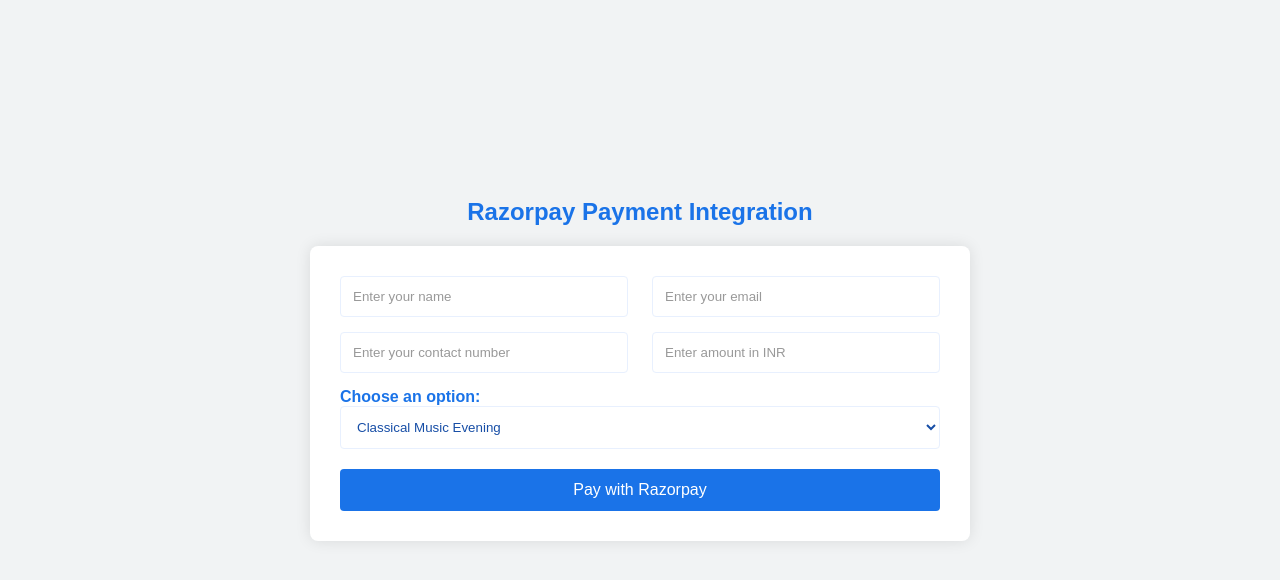
Repository: SharonSebastian32/razorpaypaymentgateway_implementation
Page: bookEventpage.html
An editor plug-in stored every save of this project. The page is shown before and after the next save, followed by the edit.
The browser window is 1280 px wide. The pictures show the whole page.

Above is the page before, as saved 2024-08-09 07:27:46.

After the next save:
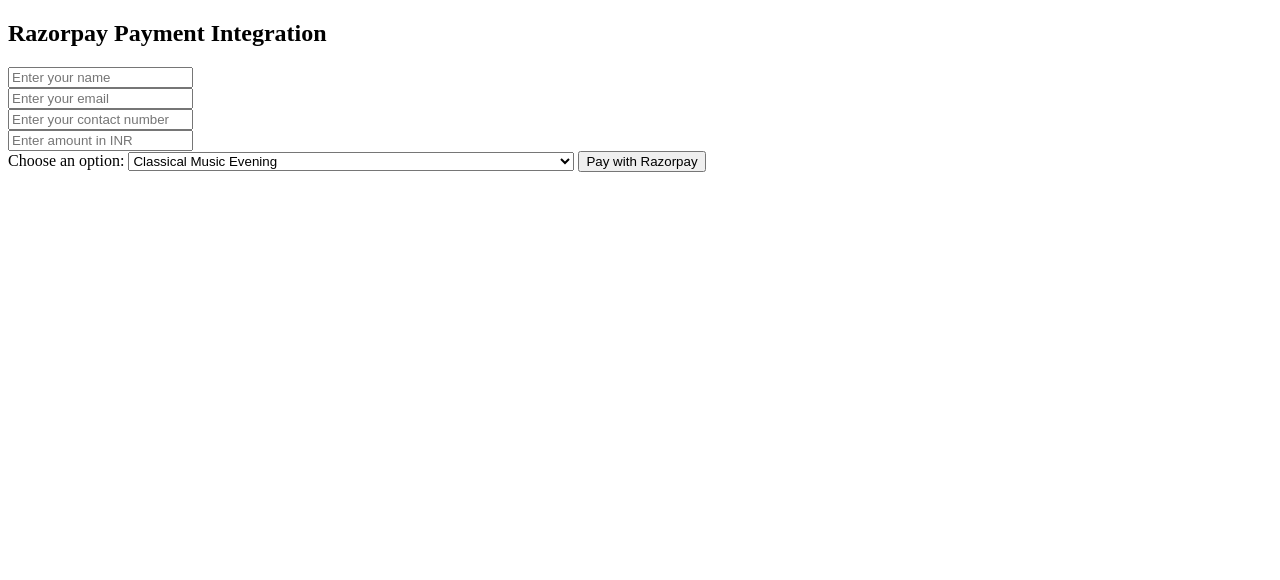
Saved 20 s later.
--- a/bookEventpage.html
+++ b/bookEventpage.html
@@ -4,95 +4,7 @@
     <meta charset="UTF-8" />
     <meta name="viewport" content="width=device-width, initial-scale=1.0" />
     <title>Razorpay Payment Integration</title>
-    <style>
-      :root {
-        --primary-blue: #1a73e8;
-        --light-blue: #e8f0fe;
-        --dark-blue: #174ea6;
-        --white: #ffffff;
-        --light-gray: #f1f3f4;
-      }
 
-      body {
-        font-family: Arial, sans-serif;
-        background-color: var(--light-gray);
-        display: flex;
-        justify-content: center;
-        align-items: center;
-        height: 100vh;
-        margin: 0;
-      }
-
-      h2 {
-        text-align: center;
-        color: var(--primary-blue);
-        margin-bottom: 20px;
-      }
-
-      #paymentForm {
-        background-color: var(--white);
-        padding: 30px;
-        border-radius: 8px;
-        box-shadow: 0 0 15px rgba(0, 0, 0, 0.1);
-        width: 600px;
-      }
-
-      .form-row {
-        display: flex;
-        justify-content: space-between;
-        margin-bottom: 15px;
-      }
-
-      .form-group {
-        flex: 0 0 48%;
-      }
-
-      input,
-      select {
-        width: 100%;
-        padding: 12px;
-        border: 1px solid var(--light-blue);
-        border-radius: 4px;
-        box-sizing: border-box;
-        background-color: var(--white);
-        color: var(--dark-blue);
-        transition: border-color 0.3s ease;
-      }
-
-      input:focus,
-      select:focus {
-        outline: none;
-        border-color: var(--primary-blue);
-      }
-
-      input::placeholder {
-        color: #999;
-      }
-
-      label {
-        display: block;
-        margin-top: 15px;
-        color: var(--primary-blue);
-        font-weight: bold;
-      }
-
-      #rzp-button1 {
-        width: 100%;
-        padding: 12px;
-        background-color: var(--primary-blue);
-        color: var(--white);
-        border: none;
-        border-radius: 4px;
-        cursor: pointer;
-        font-size: 16px;
-        margin-top: 20px;
-        transition: background-color 0.3s ease;
-      }
-
-      #rzp-button1:hover {
-        background-color: var(--dark-blue);
-      }
-    </style>
   </head>
   <body>
     <div>
